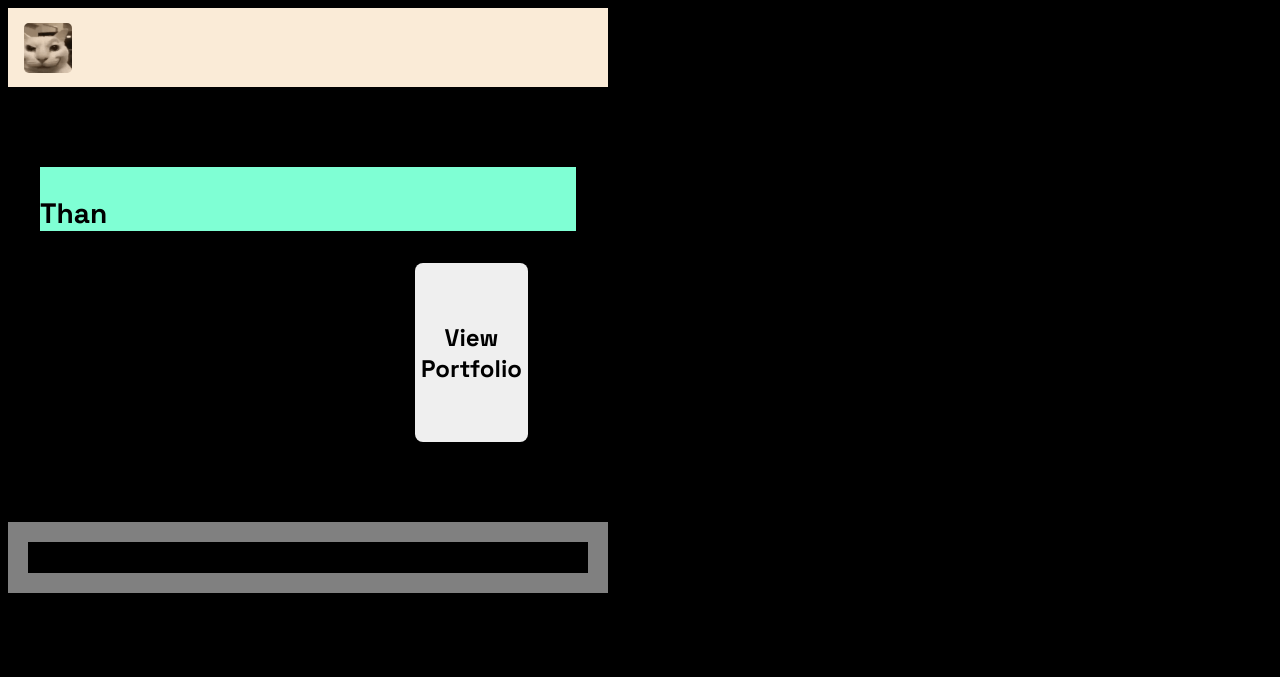
Repository: Than-dot/Than-dot
Page: index.html
An editor plug-in stored every save of this project. The page is shown before and after the next save, followed by the edit.
The browser window is 1280 px wide. The pictures show the whole page.

Above is the page before, as saved 2026-05-06 12:23:03.

### index.html
<!doctype html>
<html lang="en">
  <head>
    <meta charset="UTF-8" />
    <meta name="viewport" content="width=device-width, initial-scale=1.0" />
    <title>Than</title>
    <link rel="stylesheet" href="styles/global.css" />
    <link rel="stylesheet" href="styles/index.css" />
  </head>

  <body>
    <header>
      <nav>
        <img src="./assets/images/uncanny-cat-freaky.png" alt="cat" />
        <ul class="nav-center">
          <li>About</li>
          <li>Projects</li>
          <li>Contact</li>
        </ul>
      </nav>
    </header>
    <main>
      <section class="container1">
        <article class="f-art"><h1>Than</h1></article>
        <aside class="f-asi">
          <p>I'm a Computer Science student, currently studying at JAC</p>
          <p>Looking forward to become an AI Engineer</p>
          <button>View Portfolio</button>
        </aside>
        <article class="stats">Stats</article>
      </section>
    </main>
    <section class="container2">
      <aside class="s-asi">About Me</aside>
      <article class="s-art">My Tech Stack</article>
    </section>
  </body>
</html>

### styles/global.css
@font-face {
  font-family: Space-Grotesk;
  src: url(/assets/font/Space_Grotesk/SpaceGrotesk-VariableFont_wght.ttf);
}

body {
  font-family: Space-Grotesk, sans-serif;
  font-weight: bold;
  font-size: 1.5rem;
}

button {
  font-family: Space-Grotesk, sans-serif;
  font-weight: bold;
  font-size: 1.5rem;
}

h1 {

}

### styles/index.css
body {
  width: 100%;
  max-width: 600px;
  background-color: black;
}
.container1 {
  display: flex;
  flex-direction: column;
}

header {
  background-color: antiquewhite;
}

.f-art {
  background-color: aquamarine;
  margin: 2rem;
  margin-top: 5rem;
}

.f-asi {
  display: grid;
  margin-top: 0;
  justify-content: space-between;
}

p {
  margin: 0;
  margin-bottom: 1.5rem;
}

.stats {
  border: 20px solid grey;
  text-align: center;
}

.s-art {
}

.s-asi {
}

.container2 {
  display: flex;
  flex-direction: row;
  justify-content: space-between;
  margin: 1rem;
}

button {
  border-radius: 8px;
  border: none;
}

button:hover {
  box-shadow: 0 6px 12px rgba(0, 0, 0, 0.15);
}

img {
  height: 50px;
  width: auto;
  margin-left: 1rem;
  border-radius: 10%;
}

.nav-center {
  display: flex;
  gap: 32px;
  list-style: none;
  margin-left: 10rem;
}

nav {
  align-items: center;
  display: flex;
}

h1 {
  margin-bottom: 0;
}

@media screen and (min-width: 700px) {
  body {
    width: 100%;
  }
  .nav-center {
    display: flex;
    gap: 32px;
    list-style: none;
    margin-left: 50rem;
  }
  .f-asi {
    display: grid;
    margin-top: 0;
    justify-content: space-between;
  }
  .f-asi {
    display: flex;
    margin: 5rem;
    margin-top: 0;
    justify-content: space-between;
  }
}

After the next save:
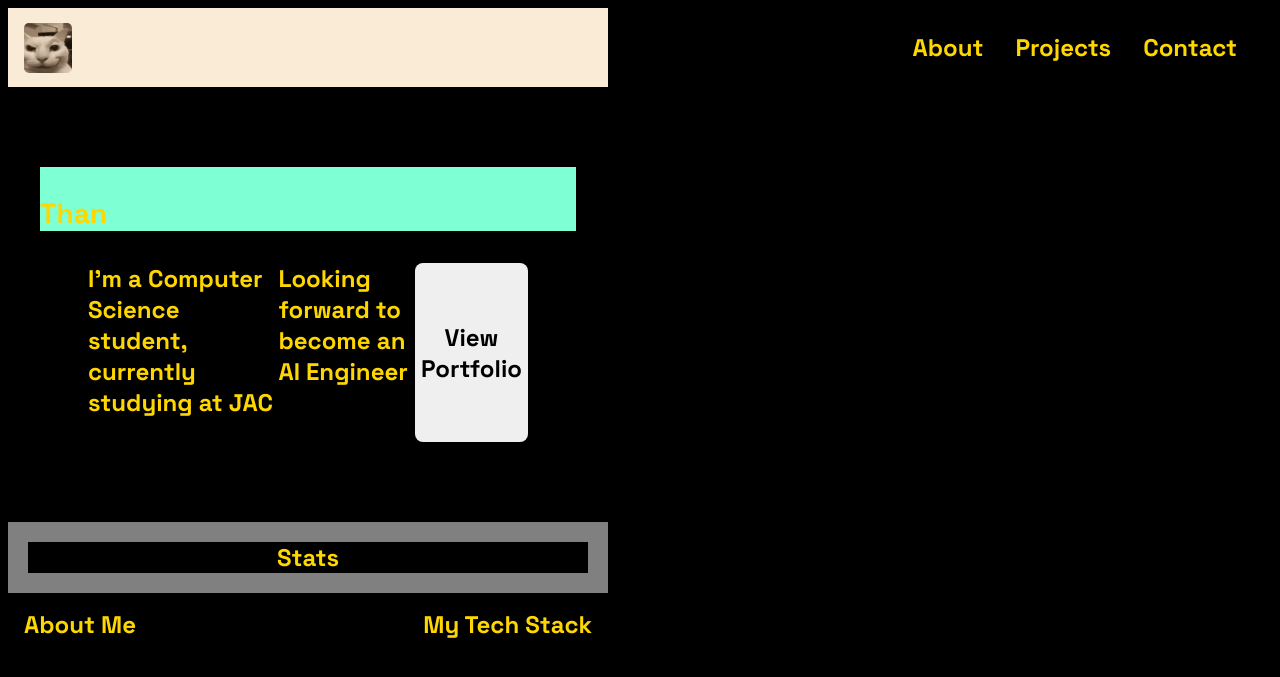
Saved 18 s later.
--- a/styles/index.css
+++ b/styles/index.css
@@ -2,6 +2,7 @@ body {
   width: 100%;
   max-width: 600px;
   background-color: black;
+  color: gold;
 }
 .container1 {
   display: flex;
